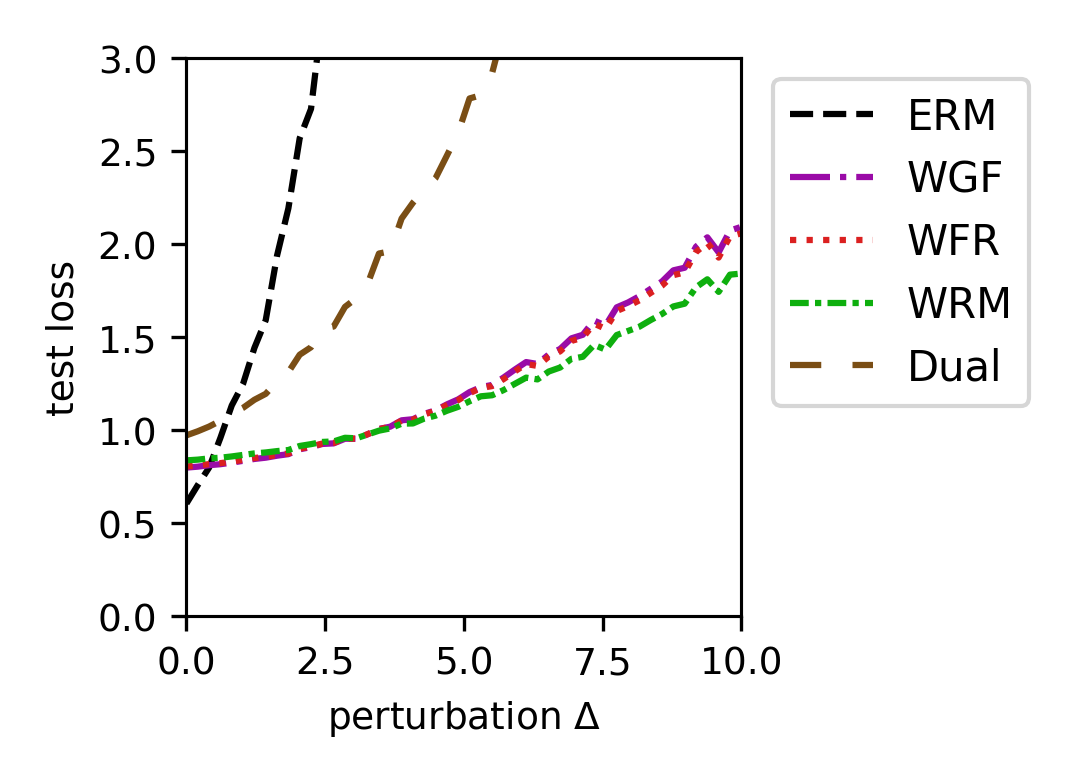
Repository: ZusenXu/GFS-DRO
Script's output: python uncertain_least_squares/uncertain_least_squares.py
These files come from the project's save history. The script's output is drawn as it stood at one moment and after the next save; the edit follows.
Random numbers start from a fixed seed.

Above is the script's output before, as saved 2025-09-26 19:47:49.

After the next save:
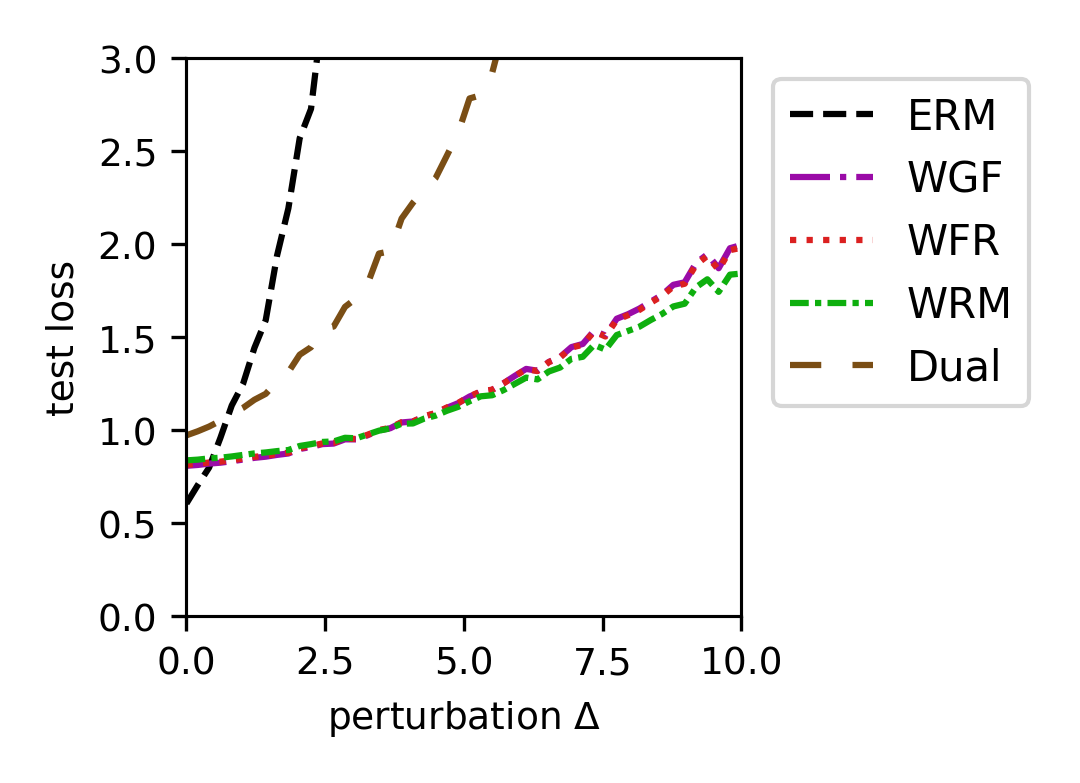
Saved 14 s later.
--- a/uncertain_least_squares/uncertain_least_squares.py
+++ b/uncertain_least_squares/uncertain_least_squares.py
@@ -30,7 +30,7 @@ INNER_STEP_SIZE = 0.01 # Inner loop step size eta
 WFR_WEIGHT_STEP_SIZE = 0.16 # Step size for weight updates in WFR
 
 # WGF, WFR, RGO Specific Parameters
-M_PARTICLES = 8 # Number of particles (samples) used
+M_PARTICLES = 5 # Number of particles (samples) used
 
 # Dual Method Specific Parameters
 SINKHORN_SAMPLE_LEVEL = 4 # Monte Carlo sampling level for the Dual method
